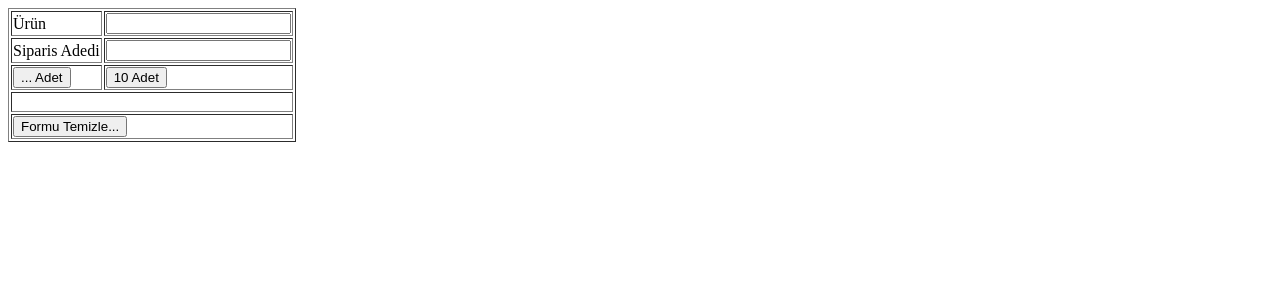
Repository: emrebolukbas/.js-Training-Tobeto
Page: 3-Siparis/public/Siparis.html
These files come from the project's save history. The page is drawn as it stood at one moment and after the next save; the edit follows.
The browser window is 1280 px wide. The pictures show the whole page.

Above is the page before, as saved 2023-10-08 12:09:31.

After the next save:
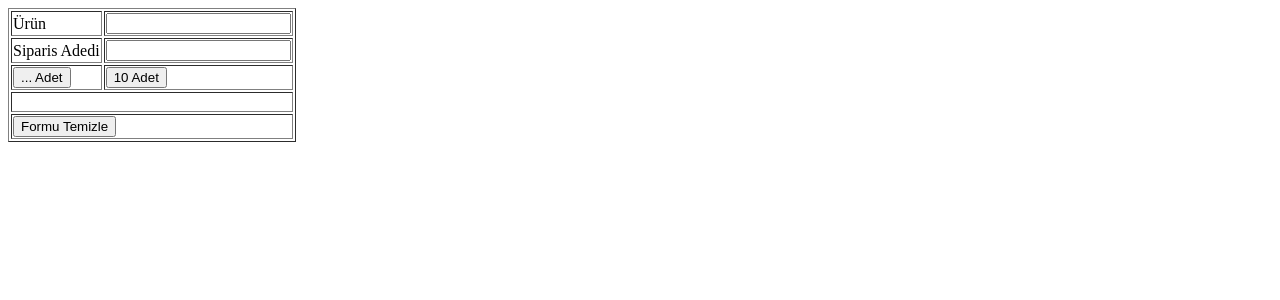
Saved 54 s later.
--- a/3-Siparis/public/Siparis.html
+++ b/3-Siparis/public/Siparis.html
@@ -40,7 +40,7 @@
 		</tr>
 		<tr>
 			<td colspan="2">
-				<button onclick="temizle()"> Formu Temizle... </button>
+				<button id="button-3" onclick="temizle()"> Formu Temizle </button>
 			</td>
 		</tr>
 
